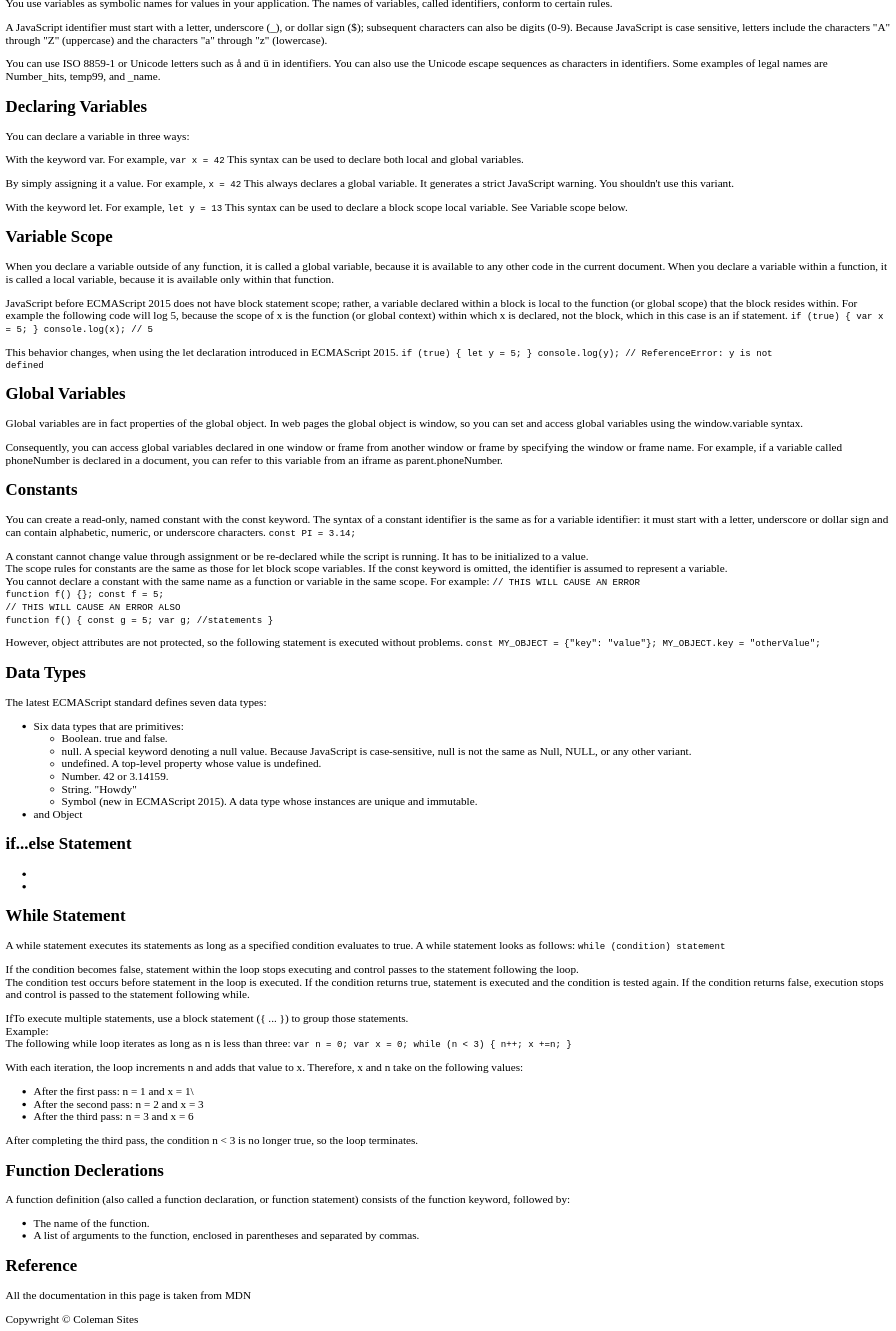
Repository: ctcoleman/technicalDocumentationPage
Page: index.html
These files come from the project's save history. The page is drawn as it stood at one moment and after a run of saves; the edit follows.
The browser window is 1280 px wide. The pictures show the part of the page from y = 1195 to 3115 px (the page is 3097 px tall before and 3115 px after), at 70% of full size.

Above is the page before, as saved 2020-07-09 22:19:41.

After the next 3 saves:
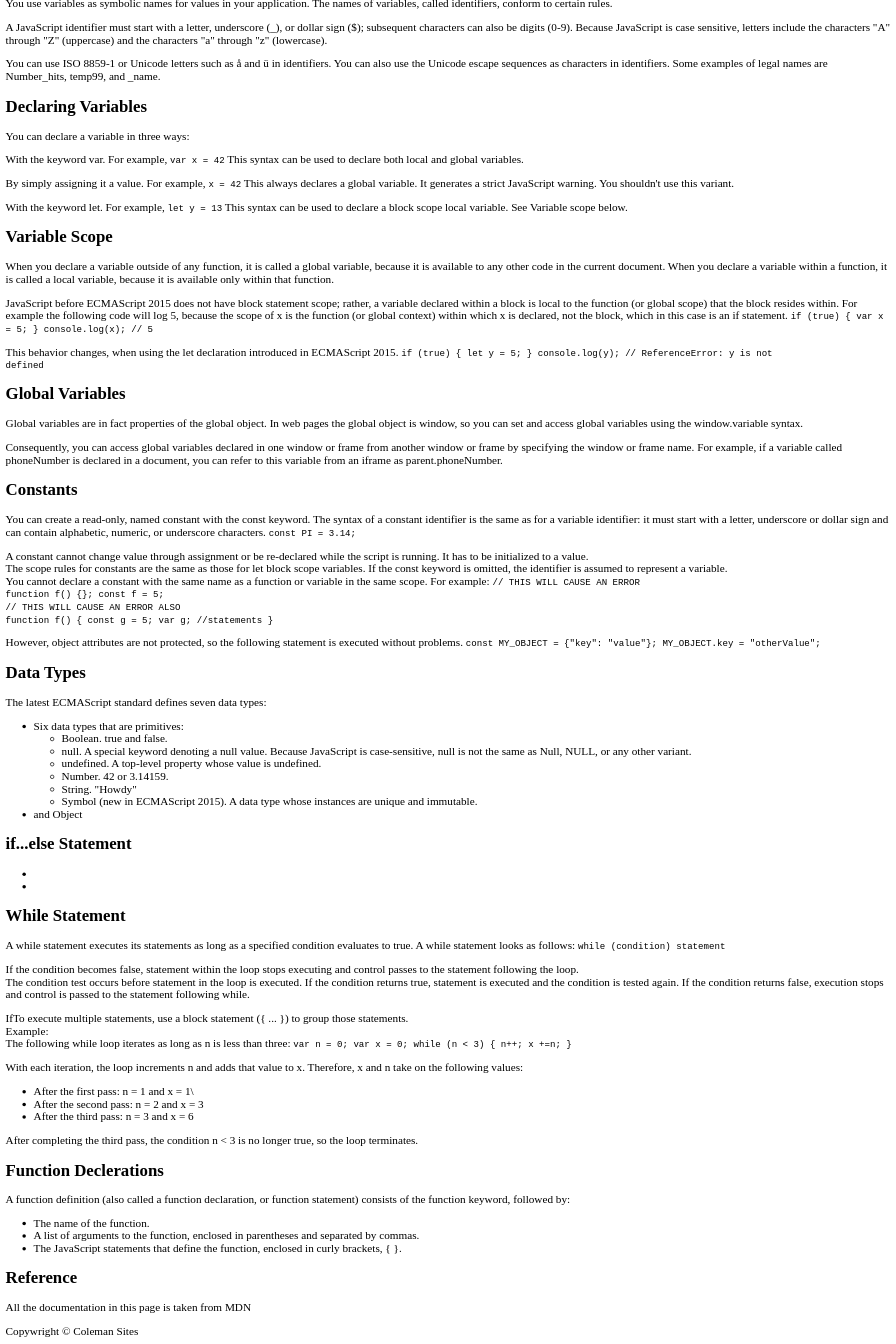
The 3 saves are shown as one change because they came seconds apart.
The last was saved 13 s later.
--- a/index.html
+++ b/index.html
@@ -359,6 +359,7 @@
         <ul>
           <li>The name of the function.</li>
           <li>A list of arguments to the function, enclosed in parentheses and separated by commas.</li>
+          <li>The JavaScript statements that define the function, enclosed in curly brackets, { }.</li>
         </ul>
         </p>
         <p>
